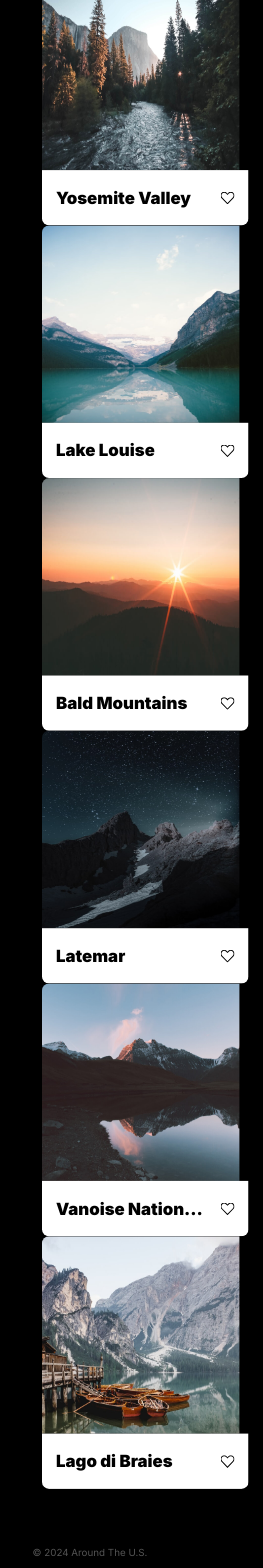
Repository: luisbaezx/se_project_aroundtheus
Page: index.html
The author's editor kept a copy of each file at every save. The page is drawn from the files as they stood at one save, then again after the next save.
The browser window is 375 px wide. The pictures show the part of the page from y = 490 to 2730 px (the page is 2730 px tall before and 2710 px after), at 70% of full size.

Above is the page before, as saved 2024-05-30 18:37:59.

After the next save:
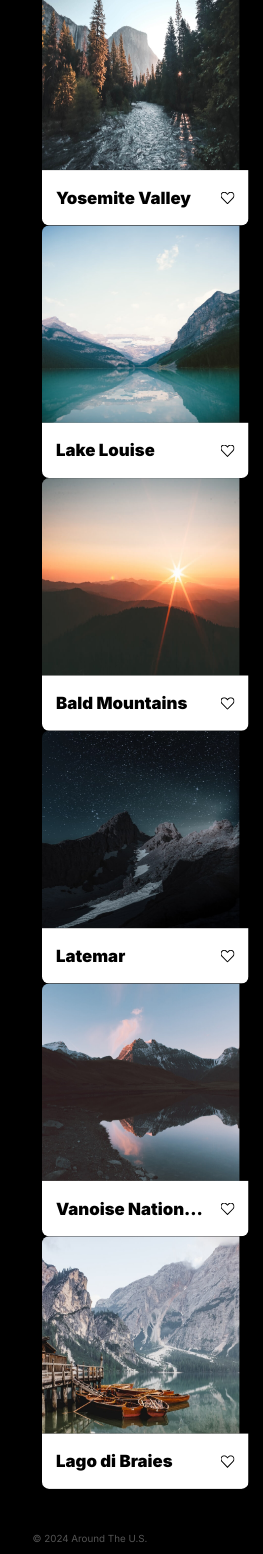
Saved 2 min 54 s later.
--- a/blocks/footer.css
+++ b/blocks/footer.css
@@ -19,6 +19,6 @@
 
   .footer__copyright {
     font-size: 14px;
-    margin-top: ;
+    margin-top: 47px;
   }
 }
